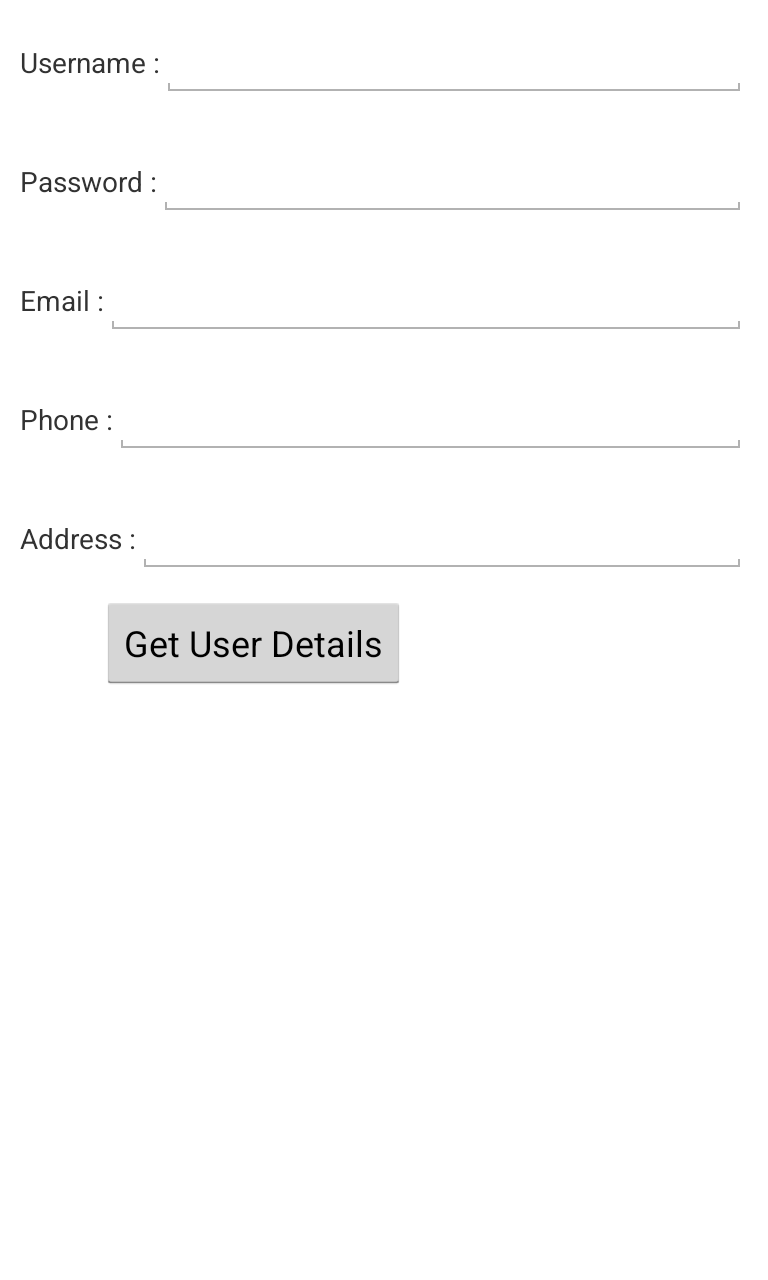
Repository: LakshmiKalyani93/AndroidTraining
Layout: UserInfo/res/layout/info.xml
The author's editor kept a copy of each file at every save. The layout is drawn from the files as they stood at one save, then again after the next save.
It is drawn on a 768 x 1280 px phone screen (xhdpi) without system bars, with theme AppTheme; the app's code is not run.

Above is the layout before, as saved 2014-09-09 08:45:45.

After the next save:
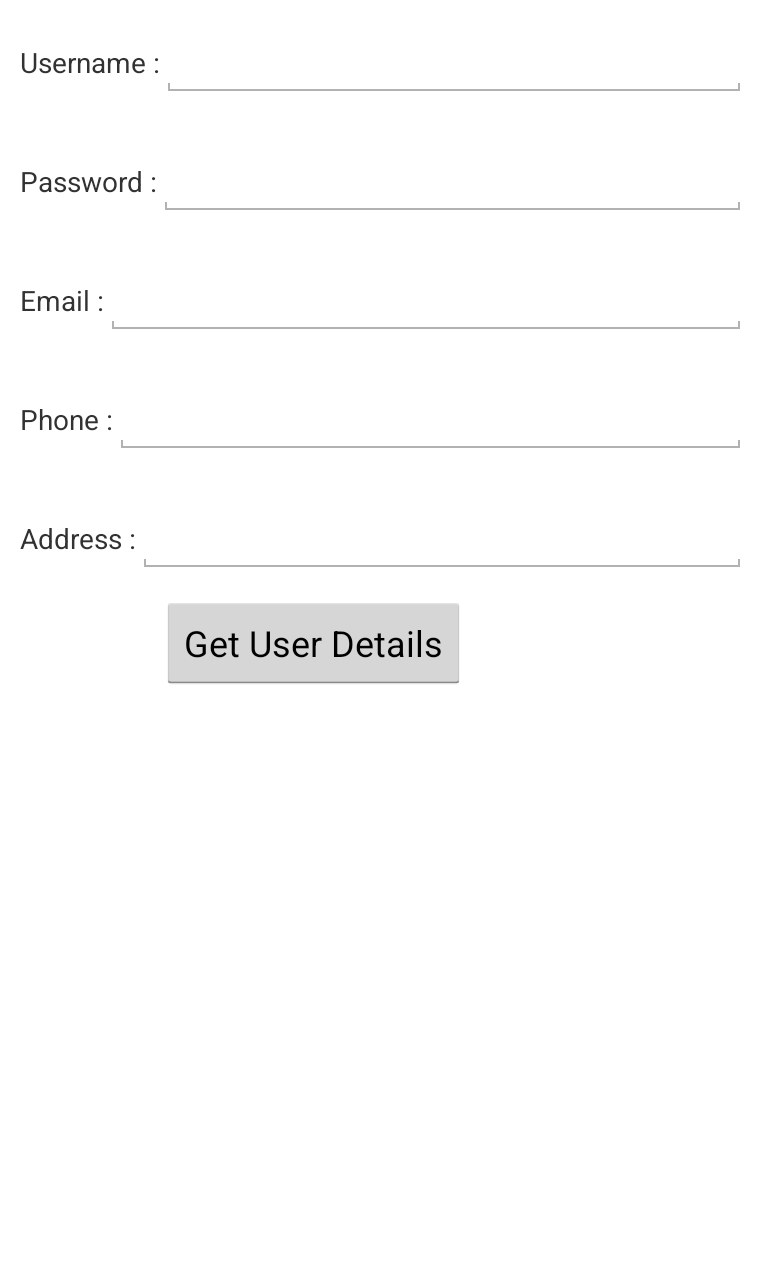
Saved 7 s later.
--- a/UserInfo/res/layout/info.xml
+++ b/UserInfo/res/layout/info.xml
@@ -104,7 +104,7 @@
         android:layout_width="wrap_content"
         android:layout_height="wrap_content"
         android:text="@string/user"
-        android:layout_marginLeft="50dp"
+        android:layout_marginLeft="80dp"
         />
 
 </LinearLayout>
